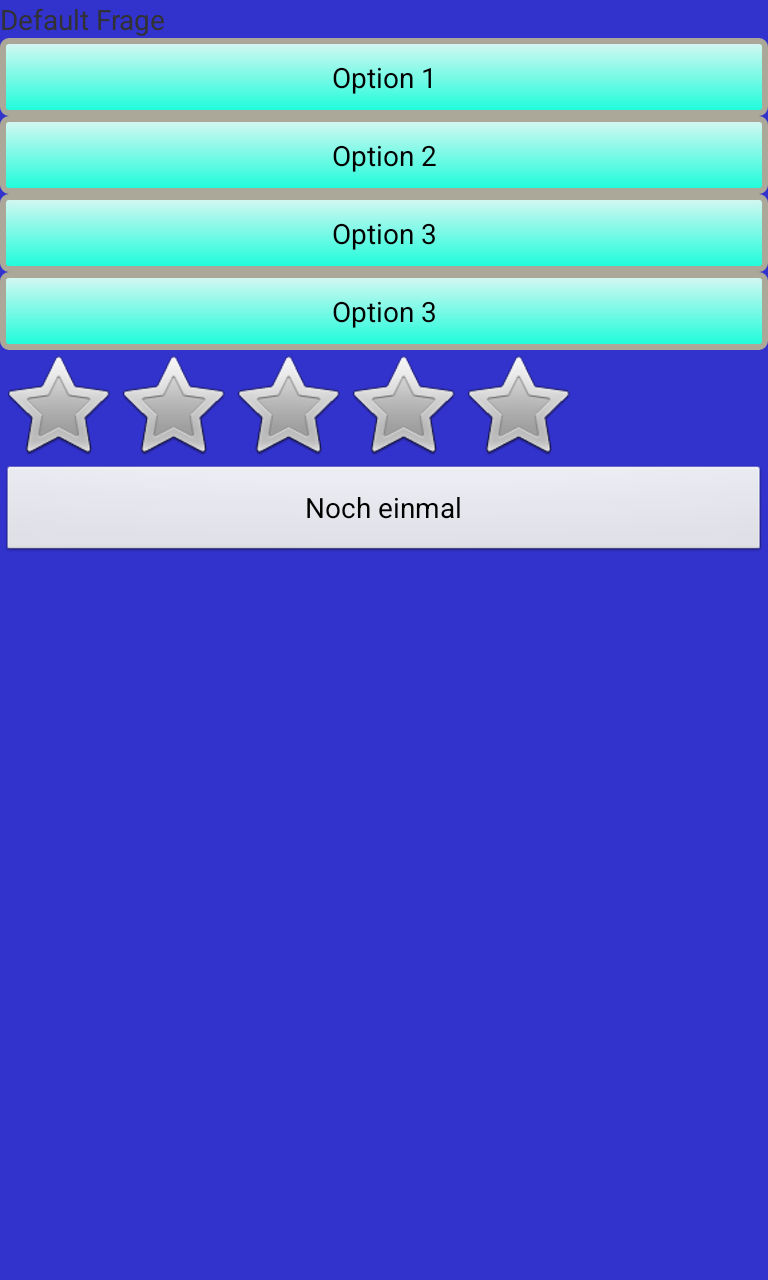
Repository: rueckemann/WWM
Layout: WWM/res/layout/main.xml
These files come from the project's save history. The layout is drawn as it stood at one moment and after the next save; the edit follows.
It is drawn on a 768 x 1280 px phone screen (xhdpi) without system bars, with theme WWM_Style; the app's code is not run.

Above is the layout before, as saved 2012-02-20 20:01:24.

After the next save:
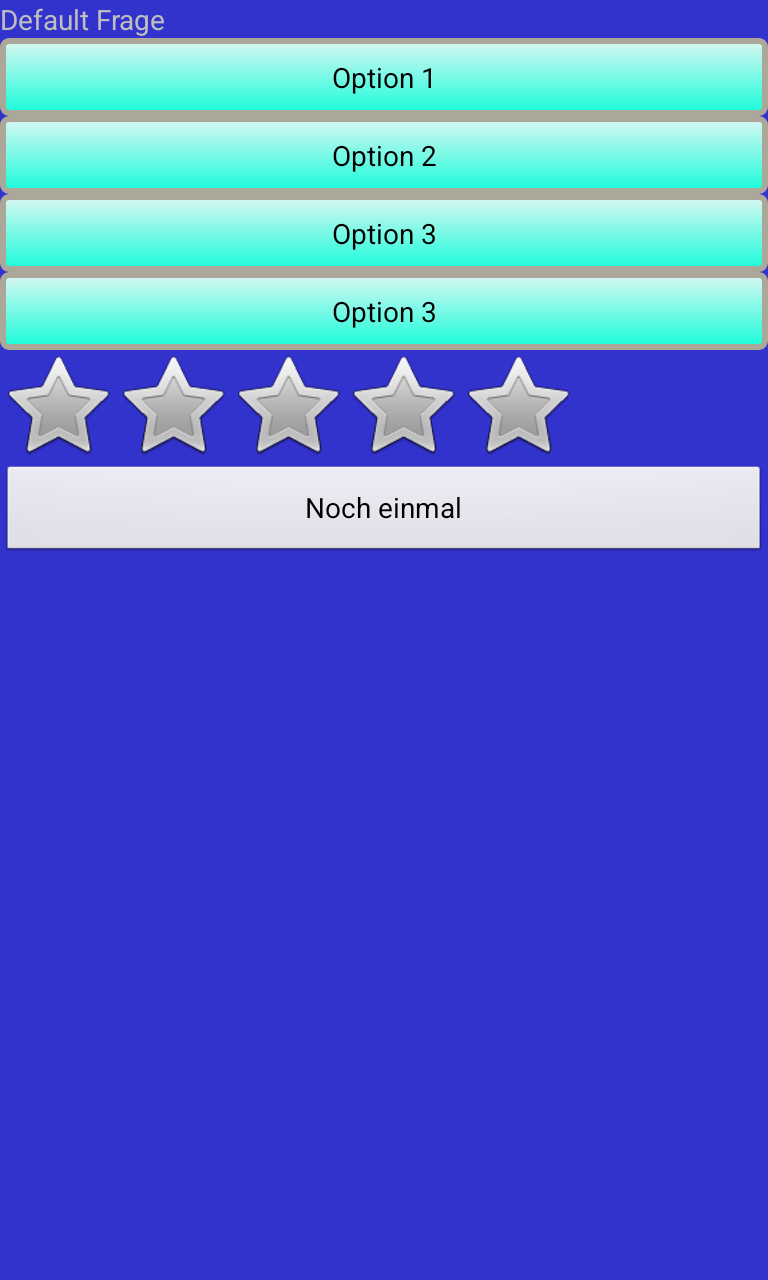
Saved 23 s later.
--- a/WWM/res/values/styles.xml
+++ b/WWM/res/values/styles.xml
@@ -1,7 +1,7 @@
 <?xml version="1.0" encoding="utf-8"?>
 <resources>
 
-   <style name="WWM_Style" parent="android:Theme.Light">
+   <style name="WWM_Style" parent="android:Theme">
         <item name="android:windowTitleBackgroundStyle">@color/titlebackgroundcolor</item>
         <item name="android:background">@color/titlebackgroundcolor</item>
         <item name="android:windowBackground">@color/backgroundcolor</item>
